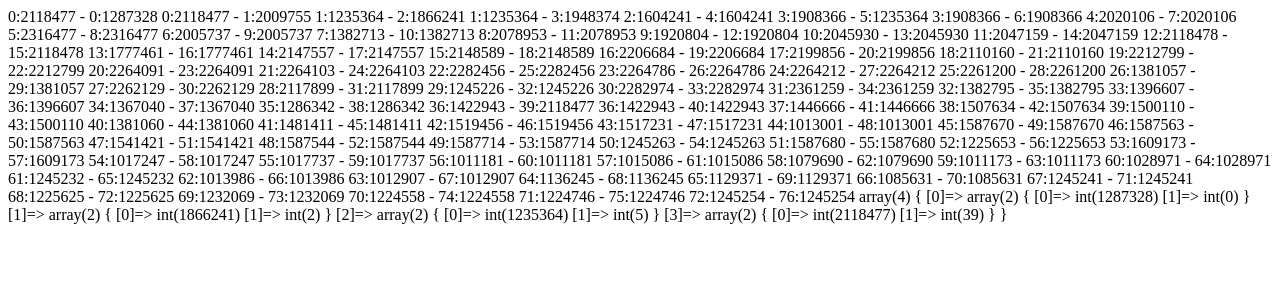
Repository: lokkie/php-simple_framework
Page: http://localhost/tests/UpdateTest.php
The author's editor kept a record of every edit. The page is drawn from the files as they stood at one moment, then again after the next edit.
The browser window is 1280 px wide. The pictures show the whole page.
The page is run by PHP 8.4 with error messages shown; the project is at /var/www/html/.

Above is the page before.

After the next edit:
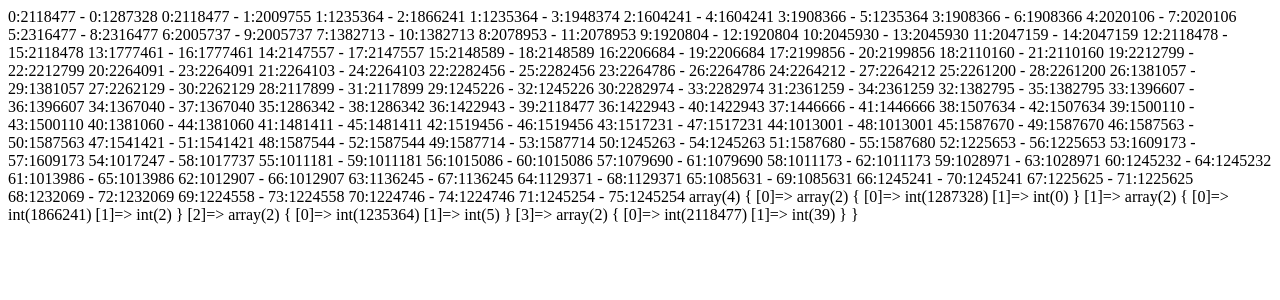
The edit:
--- a/tests/UpdateTest.php
+++ b/tests/UpdateTest.php
@@ -118,7 +118,7 @@
 					1396607, 1367040, 1286342, 2118477, 1422943, 1446666,
 					1507634, 1500110, 1381060, 1481411, 1519456, 1517231,
 					1013001, 1587670, 1587563, 1541421, 1587544, 1587714,
-					1245263, 1587680, 1225653, 1609173, 1017247, 1017737,
+					1245263, 1587680, 1225653, 1609173, 1017737,
 					1011181, 1015086, 1079690, 1011173, 1028971, 1245232,
 					1013986, 1012907, 1136245, 1129371, 1085631, 1245241,
 					1225625, 1232069, 1224558, 1224746, 1245254]);
